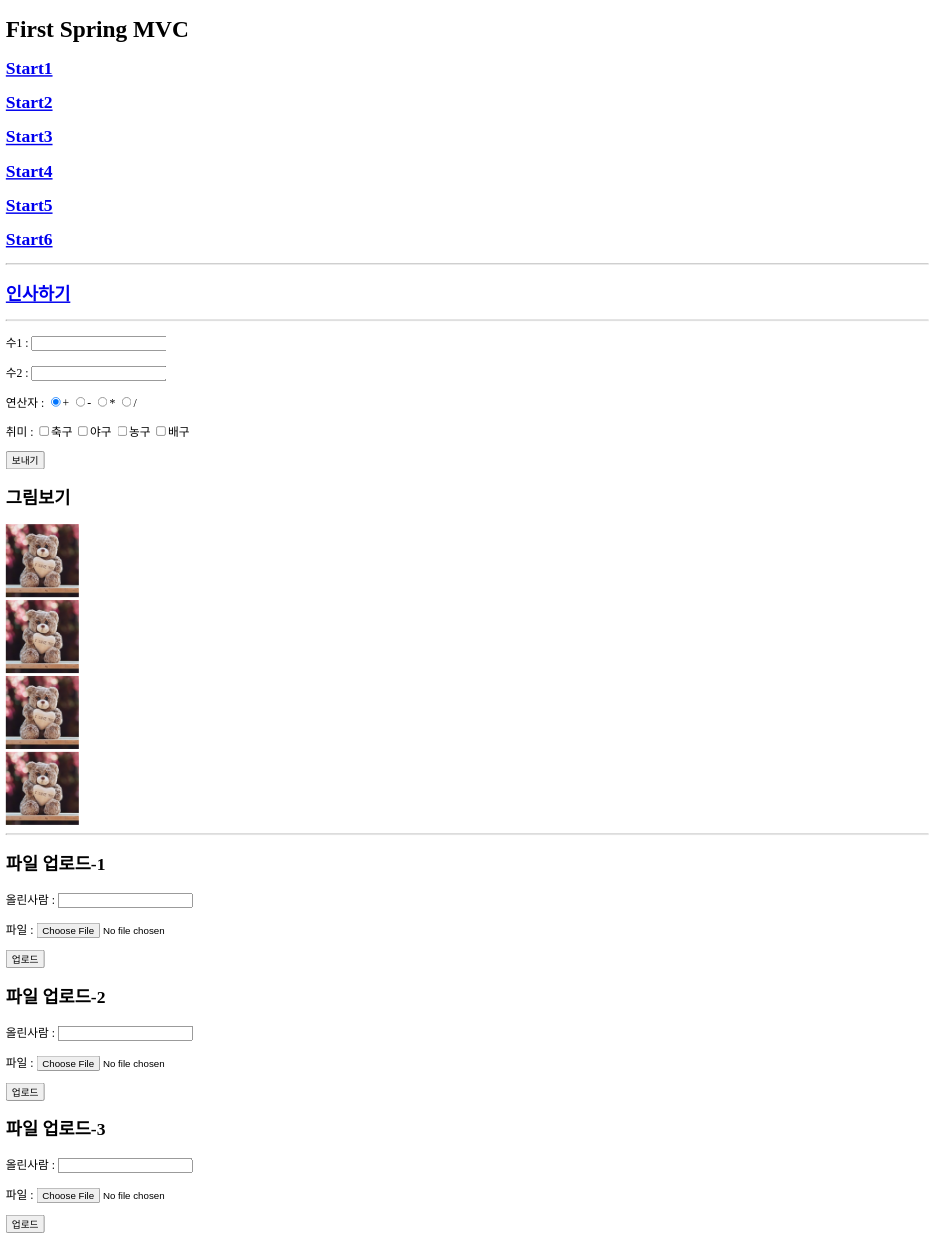
Repository: Developer120000/spring_mvc_study
Page: http://localhost/spring_mvc02/
The author's editor kept a copy of each file at every save. The page is drawn from the files as they stood at one save, then again after the next save.
The browser window is 1280 px wide. The pictures show the whole page, at 73% of full size.
The page is served by Tomcat 9.

Above is the page before, as saved 2024-03-20 03:09:21.

After the next save:
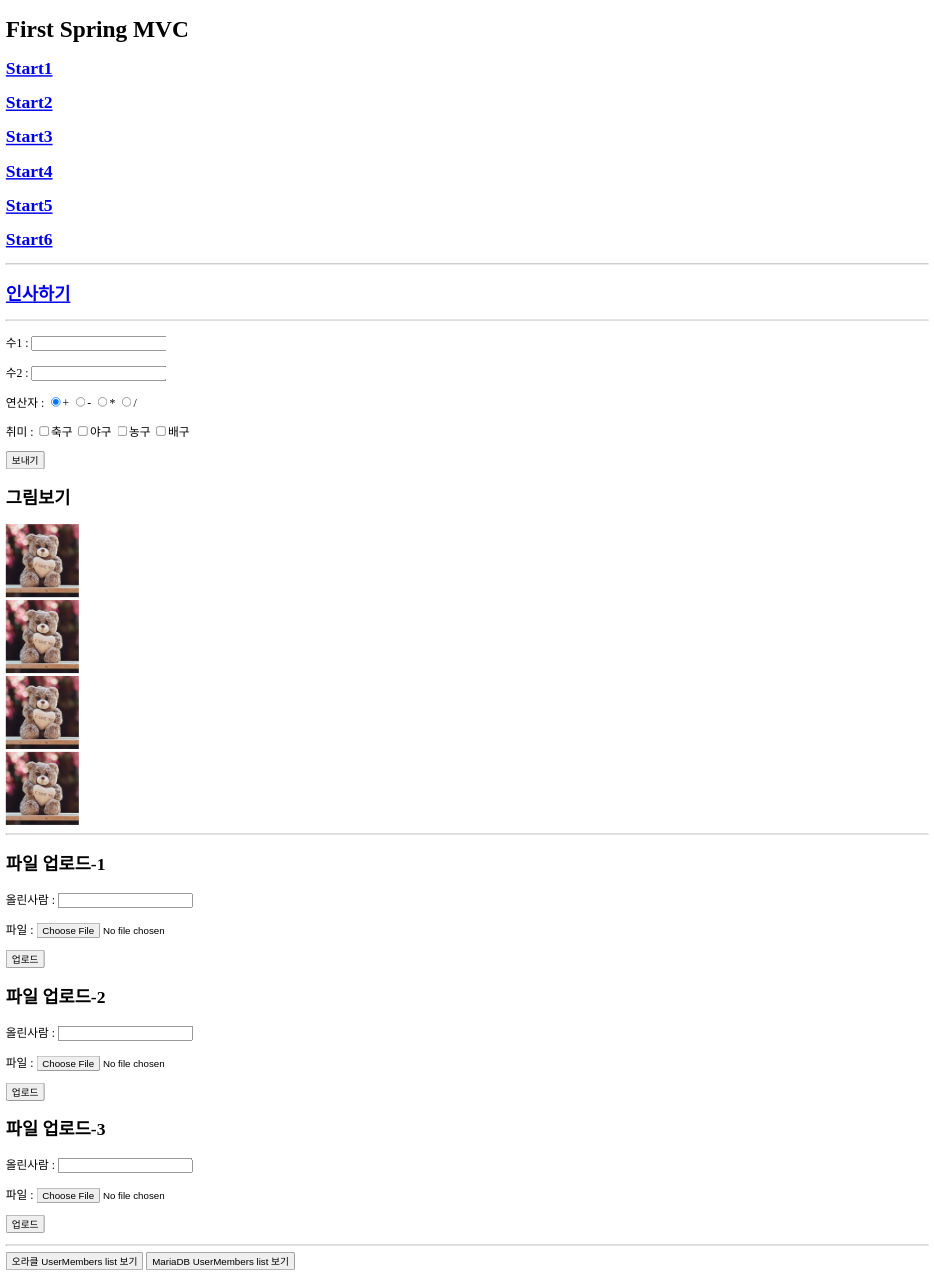
Saved 4 min 43 s later.
--- a/spring_mvc02/src/main/webapp/WEB-INF/views/index.jsp
+++ b/spring_mvc02/src/main/webapp/WEB-INF/views/index.jsp
@@ -74,5 +74,9 @@
 		<p>파일 : <input type="file" name="f_name"></p>
 		<p><input type="submit" value="업로드"></p>
 	</form>
+	<hr>
+	<button>오라클 UserMembers list 보기</button>
+	<button>MariaDB UserMembers list 보기</button>
+
 </body>
 </html>
